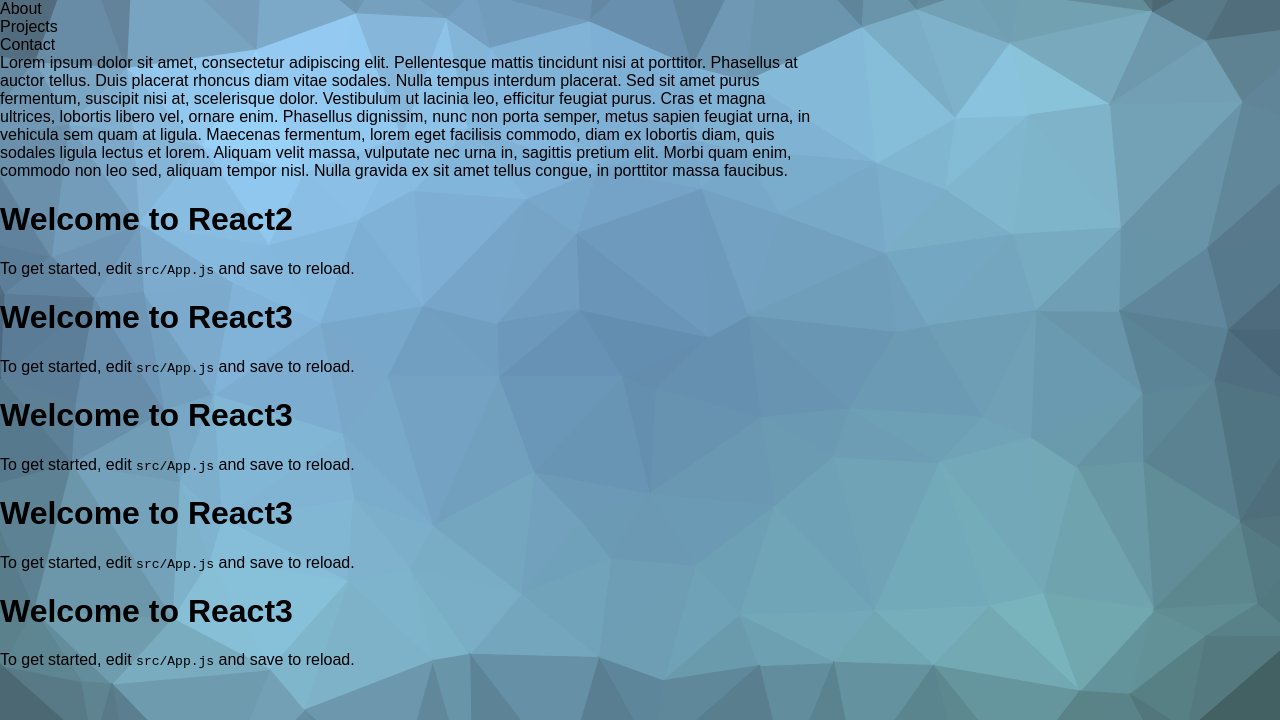
Repository: jordanCain/Education
Page: /
An editor plug-in stored every save of this project. The page is shown before and after the next save, followed by the edit.
The browser window is 1280 px wide. The pictures show the whole page.
The project was rebuilt for these pictures with package versions that can differ from the ones it lists, and the page was loaded fresh each time.

Above is the page before, as saved 2018-07-16 21:33:16.

### src/index.js
import React from 'react';
import ReactDOM from 'react-dom';
import './style.css';
import App from './App';
import registerServiceWorker from './registerServiceWorker';

ReactDOM.render(<App />, document.getElementById('root'));
registerServiceWorker();

### src/style.css
body {
  margin: 0;
  padding: 0;
  font-family: sans-serif;
  background: url(./images/background.svg) no-repeat center center fixed;
  background-size: cover;
}

.App {
  width: 80%

}

### src/App.js
import React, { Component } from 'react';
import NavBar from './views/NavBar';
import About from './views/About';
import Projects from './views/Projects';
import Contact from './views/Contact';

class App extends Component {
	render() {
		return (
			<div className="App">
				<NavBar />
				<About />
				<Projects />
				<Contact />
			</div>
		);
	}
}

export default App;

### src/views/NavBar.js
import React from 'react';
import pageIDs from '../constants/pageIDs';

class NavBar extends React.Component{
    render(){
        return(
        <div>
            <div
                onClick={() => { document.getElementById(pageIDs.about).scrollIntoView()}}>
                About
            </div>
            <div
                onClick={() => { document.getElementById(pageIDs.projects).scrollIntoView()}}>
                Projects
            </div>
            <div
                onClick={() => { document.getElementById(pageIDs.contact).scrollIntoView()}}>
                Contact
            </div>
        </div>
        );
    }
}

export default NavBar;

### src/views/About.js
import React from 'react';
import pageIDs from '../constants/pageIDs';

class Page1 extends React.Component {
    render() {
        return(
            <div className="App" id={pageIDs.about}>
                Lorem ipsum dolor sit amet, consectetur adipiscing elit. Pellentesque mattis tincidunt nisi at porttitor. Phasellus at auctor tellus. Duis placerat rhoncus diam vitae sodales. Nulla tempus interdum placerat. Sed sit amet purus fermentum, suscipit nisi at, scelerisque dolor. Vestibulum ut lacinia leo, efficitur feugiat purus. Cras et magna ultrices, lobortis libero vel, ornare enim. Phasellus dignissim, nunc non porta semper, metus sapien feugiat urna, in vehicula sem quam at ligula. Maecenas fermentum, lorem eget facilisis commodo, diam ex lobortis diam, quis sodales ligula lectus et lorem. Aliquam velit massa, vulputate nec urna in, sagittis pretium elit. Morbi quam enim, commodo non leo sed, aliquam tempor nisl. Nulla gravida ex sit amet tellus congue, in porttitor massa faucibus.
            </div>
        )
    }
}

export default Page1;

### src/views/Projects.js
import React from 'react';
import pageIDs from '../constants/pageIDs';

class Page2 extends React.Component {
    render() {
        return(
            <div className="App" id={pageIDs.projects}>
                <header className="App-header">
                <h1 className="App-title">Welcome to React2</h1>
                </header>
                <p className="App-intro">
                To get started, edit <code>src/App.js</code> and save to reload.
                </p>
            </div>
        )
    }
}

export default Page2;

### src/views/Contact.js
import React from 'react';
import pageIDs from '../constants/pageIDs';

class Page3 extends React.Component {
    render() {
        return(
            <div className="App" id={pageIDs.contact}>
                <header className="App-header">
                <h1 className="App-title">Welcome to React3</h1>
                </header>
                <p className="App-intro">
                To get started, edit <code>src/App.js</code> and save to reload.
                </p>
                <header className="App-header">
                <h1 className="App-title">Welcome to React3</h1>
                </header>
                <p className="App-intro">
                To get started, edit <code>src/App.js</code> and save to reload.
                </p>
                <header className="App-header">
                <h1 className="App-title">Welcome to React3</h1>
                </header>
                <p className="App-intro">
                To get started, edit <code>src/App.js</code> and save to reload.
                </p>
                <header className="App-header">
                <h1 className="App-title">Welcome to React3</h1>
                </header>
                <p className="App-intro">
                To get started, edit <code>src/App.js</code> and save to reload.
                </p>
            </div>
        )
    }
}

export default Page3;

### src/constants/pageIDs.json
{
    "about": "ABOUT",
    "projects": "PROJECTS",
    "contact": "CONTACT"
}

Loaded but not shown: public/index.html (common file); src/registerServiceWorker.js (common file)

After the next save:
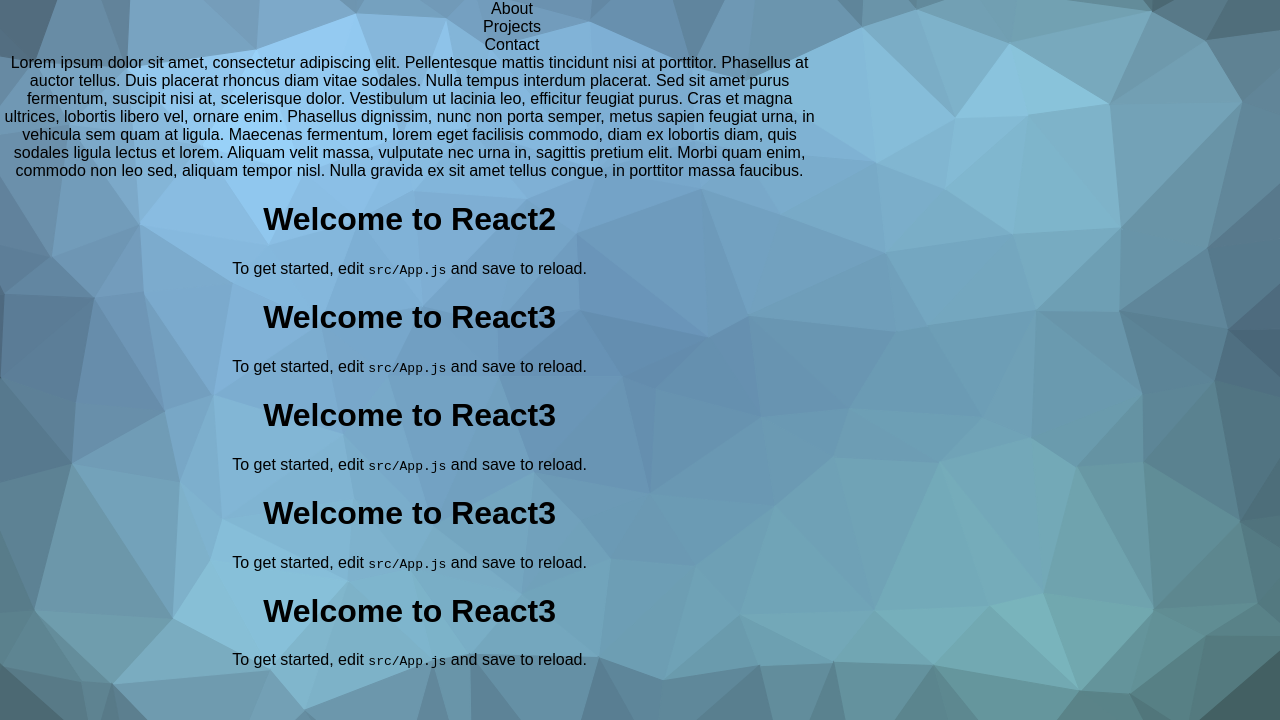
Saved 46 s later.
--- a/src/style.css
+++ b/src/style.css
@@ -7,6 +7,6 @@
 }
 
 .App {
-  width: 80%
-
+  width: 80%;
+  text-align: center;
 }
